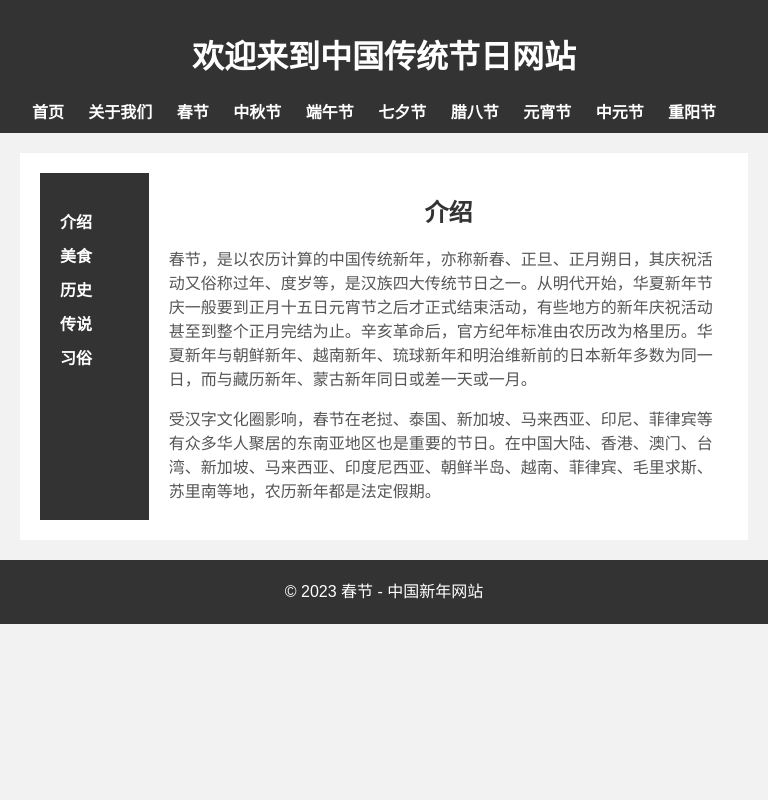
Repository: XueJie1/computer-operation-basics
Page: pages/springfes/springfestival.html
The author's editor kept a copy of each file at every save. The page is drawn from the files as they stood at one save, then again after the next save.
The browser window is 768 px wide. The pictures show the whole page.

Above is the page before, as saved 2023-09-12 22:31:37.

### pages/springfes/springfestival.html
<!DOCTYPE html>
<html lang="zh-CN">

<head>
    <meta charset="UTF-8">
    <meta name="viewport" content="width=device-width, initial-scale=1.0">
    <title>春节 - 中国新年</title>
    <link rel="stylesheet" type="text/css" href="../../css/styles.css" />
    <script src="../../js/jquery.js"></script>
    <script src="../../js/main.js"></script>
</head>

<body>
    <div class="header">
        <h1>欢迎来到中国传统节日网站</h1>
        <nav>
            <ul>
                <li><a href="../../index.html">首页</a></li>
                <li><a href="../../about.html">关于我们</a></li>
                <li><a href="#">春节</a></li>
                <li><a href="../midautumn/midautumnfestival.html">中秋节</a></li>
                <li><a href="../dragonboatfes/dragonboatfestival.html">端午节</a></li>
                <li><a href="../qixifes/qixifestival.html">七夕节</a></li>
                <li><a href="../labafes/labafestival.html">腊八节</a></li>
                <li><a href="../lanternfes/lanternfestival.html">元宵节</a></li>
                <li><a href="../hungryghostfes/hungryghostfestival.html">中元节</a></li>
                <li><a href="../doubleninthfes/doubleninthfestival.html">重阳节</a></li>

            </ul>
        </nav>
    </div>
    <main>
        <div class="container">
            <div class="sidebar">
                <!-- 侧边栏 -->
                <ul>
                    <li><a href="#introduction">介绍</a></li>
                    <li><a href="#cuisine">美食</a></li>
                    <li><a href="#history">历史</a></li>
                    <li><a href="#legend">传说</a></li>
                    <li><a href="#customs">习俗</a></li>
                </ul>
            </div>

            <!-- 介绍 -->
            <section id="introduction">
                <div id="introduction"></div>
            </section>

            <!-- 美食 -->
            <section id="cuisine" style="display: none;">
                <div id="cuisine"></div>
            </section>

            <!-- 历史 -->
            <section id="history" style="display: none;">
                <div id="history"></div>
            </section>

            <!-- 传说 -->
            <section id="legend" style="display: none;">
                <div id="legend"></div>
            </section>

            <!-- 习俗 -->
            <section id="customs" style="display: none;">
                <div id="customs"></div>
            </section>
    </main>
    </div>

    <div class="footer">
        <p>&copy; 2023 春节 - 中国新年网站</p>
    </div>

    <script>
        $("#introduction").load("introduction.html");
        $("#cuisine").load("cuisine.html");
        $("#history").load("history.html");
        $("#legend").load("legend.html");
        $("#customs").load("customs.html");
    </script>

</body>

</html>

### css/styles.css

body {
    font-family: Arial, sans-serif;
    margin: 0;
    padding: 0;
    background-color: #f2f2f2;
}

header , .header{
    background-color: #333;
    color: #fff;
    padding: 10px 0;
}


.header h1, header h1{
    text-align: center;
    text-decoration: none;
    color: #fff;
}

.banner {
    text-align: center;
    width: 100%;
    height: auto;
}

nav ul {
    list-style-type: none;
    margin: 0;
    padding: 0;
    text-align: center;
}

nav ul li {
    display: inline;
    margin-right: 20px;
}

nav ul li a {
    text-decoration: none;
    color: #fff;
    font-weight: bold;
    font-size: 16px;
}

nav ul li a:hover {
    color: #ff9900; /* 鼠标悬停时的颜色 */
}

main {
    margin: 20px 20px 20px 20px;
}

footer p , .footer p{
    color: #fff;
    text-align: center;
    background-color: #333;
    padding-top: 20px;
    padding-bottom: 20px;
}

/* 为网页容器设置样式 */
.container {
    display: flex;
}

/* 侧边栏样式 */
.sidebar {
    flex: 0 0 10%; /* 侧边栏占据25%的宽度 */
    background-color: #333;
    color: #fff;
    padding: 20px;
}

.sidebar ul {
    list-style-type: none;
    padding: 0;
}

.sidebar ul li {
    margin-bottom: 10px;
}

.sidebar ul li a {
    text-decoration: none;
    color: #fff;
    font-weight: bold;
    font-size: 16px;
}

/* 主内容区域样式 */
main {
    flex: 0 0 75%; /* 主内容区域占据75%的宽度 */
    background-color: #fff;
    padding: 20px;
}

/* 标题样式 */
/* h1 {
    font-size: 28px;
    color: #333;
    margin-top: 0;
} */

h2 {
    text-align: center;
    font-size: 24px;
    color: #333;
}

h3 {
    text-align: center;
}

/* 正文样式 */
p {
    font-size: 16px;
    line-height: 1.5;
    color: #555;
}

section {
    margin-left: 20px;
}

.img {
    text-align: center;
}

.img img {
    width: 350px;
    height: auto;
}

main li {
    color: #555;
}

div.gallery {
  margin: 5px;
  border: 1px solid #ccc;
  float: left;
  width: 180px;
}

div.gallery:hover {
  border: 1px solid #777;
}

div.gallery img {
  width: 100%;
  height: auto;
}

div.desc {
  padding: 15px;
  text-align: center;
}

### js/main.js

    $(document).ready(function () {
        // 为侧边栏链接绑定点击事件
        $('.sidebar a').on('click', function (e) {
            e.preventDefault(); // 阻止默认链接行为

            // 获取点击链接的href属性值
            var target = $(this).attr('href');

            // 隐藏所有的section
            $('main section').hide();

            // 显示目标section
            $(target).show();
        });
    });

### pages/springfes/introduction.html
<h2>介绍</h2>
<p>春节，是以农历计算的中国传统新年，亦称新春、正旦、正月朔日，其庆祝活动又俗称过年、度岁等，是汉族四大传统节日之一。从明代开始，华夏新年节庆一般要到正月十五日元宵节之后才正式结束活动，有些地方的新年庆祝活动甚至到整个正月完结为止。辛亥革命后，官方纪年标准由农历改为格里历。华夏新年与朝鲜新年、越南新年、琉球新年和明治维新前的日本新年多数为同一日，而与藏历新年、蒙古新年同日或差一天或一月。
</p>
<p>受汉字文化圈影响，春节在老挝、泰国、新加坡、马来西亚、印尼、菲律宾等有众多华人聚居的东南亚地区也是重要的节日。在中国大陆、香港、澳门、台湾、新加坡、马来西亚、印度尼西亚、朝鲜半岛、越南、菲律宾、毛里求斯、苏里南等地，农历新年都是法定假期。
</p>

### pages/springfes/cuisine.html
<h2>美食</h2>
<h3 id="jiaozi">饺子</h3>
<div class="img">
    <img src="../../img/jiaozi.jpg">
</div>
<p>正月初一吃饺子，在我国北方，几乎家家如此。这一顿饺子与一年中的其他饺子不一样。这顿饺子要求除夕晚上包好，半夜十二点开始吃。吃饺子就是为了取“更岁交子”的意思。</p>
<p>这个风俗开始于明朝初年，原来“交子”的谐音便演变为“饺子”。初一破晓，北方人家家户户吃饺子，为了讨吉利，北方人往往把硬币、糖、花生仁、枣子和栗子等和肉馅一起包进新年的饺子里。吃到硬币的人，象征新年发财;吃到糖的人表示来年日子更甜美;吃到花生仁的象征健康长寿等。
</p>
<h3 id="niangao">年糕</h3>
<div class="img">
    <img src="../../img/niangao.jpg">
</div>
<p>春节吃什么传统食品，其实最主要的还是一些寓意吉祥的，比如年糕。全国各地几乎都用江米面和黍子黏面做成黏糕(也叫年糕)，寓意“年年高”。春节吃的食物大部分是节前准备好的，北方人大多吃馒头。南方是头几天淘米，名叫万年粮米，意思是年年有余粮。年糕也是汉族过新年的必备食物。做年糕的谷物有多种，各地作法不尽相同。其中以江南的水磨黏糕最为着名。北方则吃白糕或黄米黏糕，西南少数民族习惯吃糯米粑粑。
</p>
<h3 id="yuanxiao">元宵</h3>
<div class="img">
    <img src="../../img/yuanxiao.jpg">
</div>
<p>南方叫做“汤圆”，在江苏，上海等地，大年初一早晨都有吃汤圆的习俗。元宵节，道教称之为“上元节”。据元代伊土珍《(女郎)环环记》引《三余帖》记：嫦娥奔月后，羿思念成疾。正月十四日夜忽有童子求见，自称为嫦娥之使，说：“夫人知君怀思，无从得降，明日乃月圆之候，君宜用米粉作丸，团团如月，置室西北方，叫夫人之名，三夕可降而。”羿如法而行，嫦娥果然降临。
</p>
<p>可见元宵节吃元宵，是取“团团如月”的吉祥之意。明代时，元宵在北京已很常见，做法也与今天无异。清代康熙年间朝野盛行“八宝元宵”、马思远元宵。民国初年还有袁世凯因元宵与“袁消”音同，故下令禁喊元宵之事。</p>
<p>元宵用面除江米面外，还有粘高梁面、黄米面等。馅则有桂花白糖、山渣白糖、什锦、豆沙、枣泥等。形制上，或大若核桃，也有小如黄豆的“百子汤元”，还有实心圆子和薄皮的“碌皮汤园”。</p>
<h3 id="spring-pancake">春饼</h3>
<div class="img">
    <img src="../../img/chunbing.jpg">
</div>
<p>春节吃什么传统食物?立春吃春饼是中国一种古老风俗。晋代已有“五芋盘”即“春盘”，是将春饼与菜同置一盘之内。唐宋时立春吃春饼之风渐盛，皇帝并以之赐近臣百官，当时的春盘极为讲究：“翠缕红丝，金鸡玉燕，备极精巧，每盘直万钱”。
</p>
<p>民间也用以互相馈赠。吃春饼的食俗也影响了兄弟民族。如耶律楚律随成吉思汗征西域时就曾命厨师作春盘，并作诗日：“昨朝春日偶然忘，试作春盘我一尝。本案初开银线乱，砂瓶煮熟藕丝长。匀和豌豆揉葱白，细剪萎蒿点韭黄。也与何曾同是饱，区区何必待膏梁”。
</p>
<p>春饼发展到今天，形制随地而异，食用时间也因地而别。有烙制、也有蒸制;或大如团扇，或小如荷甲。</p>
<h3 id="long-life-noodles">长面</h3>
<div class="img">
    <img src="../../img/long_life_noodles.jpg">
</div>

<p>说到春节吃什么传统食品，长面也是其中一种。长面也叫长寿面，新年吃它，预祝寿长百年。古代的一切面食都叫做饼，所以汤面起初也叫汤饼，开始的面片不是擀成或压成的，而是将和好的面，用手往锅里撕片片，和现在北方吃的“乌鸦头”、“猴耳子”等的做法差不多。到唐代以后开始用
    案板擀面，才逐渐有了长面、短 面、干面、素面、荤面、挂面……</p>
<h3 id="wonton">馄饨</h3>
<div class="img">
    <img src="../../img/wonton.jpg">
</div>

<p>新年吃馄饨取其开初之意。传说盘古氏开天劈地，使“气之轻清上浮者为天，气之重浊下凝者为地”，结束了混沌状态，才有了宇宙四方。再则取“馄饨”与“浑囤”的谐音，意思是粮食满囤。</p>
<p>春节吃什么传统食物，小编已经为你一一介绍了。其实，我国地域广阔，各个地方的习俗都不一样。下面，小编为你介绍各地的除夕家宴菜肴。</p>

### pages/springfes/history.html
<h2>历史</h2>
<h3>唐朝以前</h3>
<p>殷商：部分人认为新春起源于殷商时期祭天、祭祖活动。</p>
<p>西周：新春期间开始有农业庆祝活动。</p>
<p>汉朝：形成正式新春礼仪，并开始有爆竹（烧竹子）。</p>
<p>魏晋：开始有鞭炮和守岁习俗。</p>
<h3>唐朝</h3>
<p>唐朝，新春时分一般共放七日假。《假宁令》这样写道：</p>
<p>“ 元正、冬至，各给假七日。 ”</p>
<p> 但也有例外：私塾先生和学生的假期长达一个月，农民可能大年初一仍然需要劳动。唐德宗李括时，曾经实行过“单号上朝，双号休假”的制度。此外，对许多普通百姓而言，没固定的假日——新年到了，假日就到了。</p>

<p>在除夕守岁结束后的元正之日，唐朝人会举行“大朝会”、“大陈设”和“大赦令”。在大朝会中，皇帝头戴垂着十二串白珠的衮冕，在皇宫正殿面见5000名百官、前来通报各地情况的朝集使以及各国的使者们。大朝会更像是一种礼仪活动而非政事会议。大赦令就是对犯人既往不咎。大陈设时，许多象征着国家最高级别的礼器都被端出来以彰显大唐的国体，皇帝、朝廷官员、各地的朝集使和皇室宗亲身着端庄正式的服装，下官需按等级次序进行的向皇帝拜贺：首先皇太子、三公（司徒、司空与太尉）要率先道贺；接下来中书令需将各个地方的贺表宣读；门下省的黄门侍郎随后上奏各地的祥瑞情况；然后户部尚书上奏各州的进贡物品名单，礼部尚书上奏邻国的进贡情况，太史局的太史令汇报天象；最后门下省的长官侍中宣布仪式结束。中书令带领中书门下两省的中高级官员一起上前向皇帝拜贺。
</p>
<p>五代：后蜀：开始有春联。后蜀题写的“新年纳馀庆，佳节号长春”是最早一副春联。</p>
<h3>宋至清</h3>
<div class="img">
    <img src="../../img/qing-dynasty.jpg">
</div>
<p>宋朝人开始使用火药制成的鞭炮。北宋除了宋太祖时期制度未定外，自宋太宗即位到宋真宗退位，官员元日均给七日长假。包拯上书仁宗，建议缩短为五日，故宋仁宗与宋神宗时新年假期五日。因朝臣不满，宋徽宗后又恢复到七日。南宋建国初期颠沛流离，官员没有年假。自绍兴和议后的第二年到南宋灭亡，官员每年春节假期大致上都是五日。宋朝私塾学生一年放寒假一个月，从腊月初八（腊八节）放到正月初八结束。乡下学生多放春假、秋假各一个月回家帮忙农事。每逢春社、秋社、端午、中秋、重阳、冬至，私塾大多也会放一日假。太学只在寒食、冬至、新年各放3日假，每年9日假；但学生往往随父亲赴外地就职，一请假就好几个月，直到年终才回校大考，考试合格即可当官。宋宁宗时，一般劳工（应役丁夫）元日、寒食、冬至、腊日各放假三日。
</p>
<p>宋朝冬至主食为“馄饨”（类似今日的饺子）。年夜饭主食为“馎饦”（手擀面羹）、春盘。春盘亦为立春主食。</p>
<p>元朝汉人受蒙古影响，叫新年作“白节”，放假三日。</p>
<h3>民国时期</h3>
<p>辛亥革命后，民国改用公历。新文化运动兴起后，北洋政府亦提倡破旧立新，提倡废除“旧历”，改用公历来庆祝新年。袁世凯将元旦定义为西历1月1日，将春节定义为农历正月初一。国民政府于抗日战争前曾试图废除阴历新年，将过年习俗改为西历新年进行，但不被当时国人接受，尔后停止相关法令。
</p>
<h3>中华人民共和国</h3>
<p>随着新中国的建立，春节庆祝活动更为丰富多彩。不仅保留了过去民间习俗，剔除了一些带有封建迷信的活动，而且增加了不少新的内容。使春节具有新的时代气息。1949年12月23日，中华人民共和国人民政府规定每年春节放假三天。</p>

### pages/springfes/legend.html
<h2>传说</h2>
<h3>年兽</h3>
<div class="img">
    <img src="../../img/xi.jpg">
</div>
<p>民间传说，往往春节期间，冬天野外会出来一种叫年的野兽，也叫“夕”。年兽一年出没一次，这一日叫“过年”（年来了），过年这一夜叫“除夕”（除掉夕）。年兽“夕”十分凶残，半夜走家串户吃人，炎黄先祖为了躲避年，那举家团圆在一起，围坐在一起抵抗年兽。由于年兽每年出没一次，炎黄先祖在于其无数次斗争中，摸索出了斗争诀窍，年兽虽猛，但惧怕红色、火光和巨响。因此，家家户户在门口贴上红春联，在家门口燃起篝火，放爆竹，年兽看见人家门上贴着红对联，门口有红火燃起，爆竹霹雳乱响，还会和长辈拜年，就赶走了年兽。
</p>
<p>也有一种说法是，该猛兽是“夕”而非“年”。春节是除夕而后过年。“夕”是一种幽幽的怪物，而“年”从字义上也和动物猛兽无关，更像是丰收成熟的意思。古文中也无年兽的记录，而仅仅始于民国时期的说法。 </p>

### pages/springfes/customs.html
<h2>习俗</h2>
<h3>新春扫尘</h3>
<div class="img">
    <img src="../../img/cleaning.jpg">
</div>
<p>据《吕氏春秋》记载，早在尧舜时代，我国就已经有春节扫尘的习俗。因为“尘”与“陈”谐音，所以新春扫尘就赋予了新的含义，有“除陈布新”的意思，希望把一切穷运、晦气统统扫地出门。</p>
<h3>贴对联、福字、门神</h3>
<div class="img">
    <img src="../../img/chunlian.jpg">
</div>
<p>春节前一天的下午，小孩子们会踩着凳子，拿着糨糊和刷子，往门上贴对联，然后让下面的大人看看贴的是否端正。有的还横批，贴于门楣的横头上，对联贴在门的左右两边。还有的在屋门、墙壁、门楣上贴福字，寄托人们对幸福生活的向往。还有人会把绘有门神的画帖贴在门板上，祈求一年平安无事，增添节日喜乐气氛。
</p>
<h3>祭祖、祭神</h3>
<div class="img">
    <img src="../../img/ancestor.jpg">
</div>
<p>春节祭神，是一种遍及我国东西南北的习俗。全国各地祭神习俗大同小异，但目的基本相同，都是为了祈求来年风调雨顺，五谷丰登、大吉大利等等。</p>
<p>祭祖一般情况下都是在祭神之后，各地风俗也不尽相同，在我们老家都是每天中午吃饭之前，各家各户派个代表，端上食物、供品去祠堂祭奠先祖，一直延续到正月十五，祠堂才会关门。</p>
<h3>吃水饺、吃汤圆、吃年糕</h3>
<p>北方大部分地区，春节都有早晨吃水饺的习俗，还经常在水饺里面放一枚硬币，谁要是吃到硬币，大家就说他是全家当年最有福的人。在江苏淮安，早上有吃汤团的习俗，河南开封一带，春节这天既吃饺子又吃汤圆。春节期间还有吃年糕的习惯，年糕口味因地而异。
</p>
<h3>守岁、给压岁钱</h3>
<div class="img">
    <img src="../../img/stay_up_late.jpg">
</div>

<p>除夕守岁，也是最重要的春节活动之一，邻居朋友聚在一起，或者一家人在一起，有的打牌，有的看春节晚会，大家终日不眠，一起等待天明，迎接新年的到来。</p>
<p>压岁钱是小孩子和晚辈最喜欢的习俗。除夕吃过年夜饭后，长辈会向晚辈分别赠送钱币，并用红线穿编铜钱成串，挂在小孩胸前，说是能够压邪驱鬼。这个习俗自汉朝开始就已经流行，当然，现在已经没有铜钱了，一般都是拿个红包装现金了。</p>
<h3>燃放炮竹</h3>
<div class="img">
    <img src="../../img/fireworks.jpg">
</div>
<p>新春来临之际，家家户户开门第一件事，就是燃放爆竹，以噼里啪啦的爆竹声辞旧迎新，以示吉庆。当然，现在很多地方都禁止燃放爆竹了，还是应该遵守国家规定，以安全为主。</p>
<h3>拜年</h3>
<p>拜年是春节最重要的活动和习俗之一。大年初一的早上，大人小孩都穿上新衣、戴上新帽，走亲访友，相互拜年问好，恭祝新年大吉大利。拜年一般是从自家开始，小辈给长辈拜完年后，人们在外出相遇时，再笑容满面地互相恭贺新年。</p>
<h3>逛庙会</h3>
<div class="img">
    <img src="../../img/temple-fair.jpg">
</div>
<p>春节期间，一般在农村里都会有庙会。早期的庙会，仅仅是一种隆重的祭祀活动，但随着经济的发展和人们的需要，庙会在保持祭祀活动的同时，又逐渐增加了集市交易活动，还有一些丰富多彩的娱乐活动。</p>
<h3>舞龙、舞狮</h3>
<div class="img">
    <img src="../../img/dragon-dancing.jpg">
</div>
<p>龙是传说中的吉祥动物，据说能够在天上呼风唤雨，也能为人间祈福消灾。早在汉代时期，就有舞龙求雨的活动。除了舞龙，还有舞狮子，也是春节期间比较普遍的习俗，在我们北方，也叫耍狮子，小时候经常见，现在也少了。</p>
<h3>踩高跷</h3>
<div class="img">
    <img src="../../img/on-stilts.jpg">
</div>
<p>踩高跷，也是春节期间的一项娱乐活动，历史悠久，在《列子.说符篇》就有记载：“宋有兰子者……以双肢长倍其身，属其胫，并驱并驰。”踩高跷也叫“扎高脚”、“踏高跷”，表演的人在两只脚上绑上两三尺高的木质跷棍，表演各种古怪滑稽的动作，小时候基本村村都有这项活动，后来就越来越少了。
</p>

Loaded but not shown: js/jquery.js (library)

After the next save:
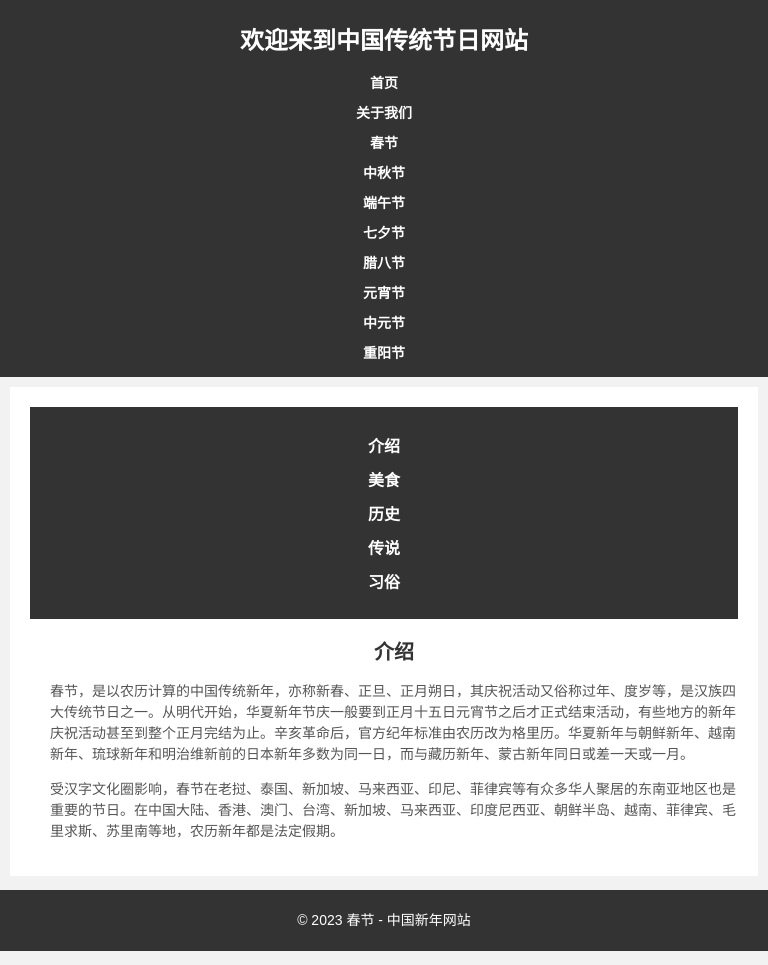
Saved 2 min 51 s later.
--- a/css/styles.css
+++ b/css/styles.css
@@ -157,3 +157,60 @@ div.desc {
   padding: 15px;
   text-align: center;
 }
+
+/* 默认样式适用于大屏幕和桌面设备 */
+
+/* 移动设备样式 */
+@media (max-width: 768px) {
+    header, .header {
+        padding: 5px 0; /* 调整顶部导航的内边距 */
+    }
+
+    .header h1, header h1 {
+        font-size: 24px; /* 调整标题的字体大小 */
+    }
+
+    nav ul {
+        text-align: center;
+    }
+
+    nav ul li {
+        display: block; /* 将导航项转换为块级元素，垂直排列 */
+        margin: 10px 0; /* 调整导航项之间的垂直间距 */
+    }
+
+    nav ul li a {
+        font-size: 14px; /* 调整导航链接的字体大小 */
+    }
+
+    .container {
+        flex-direction: column; /* 垂直排列容器内的元素 */
+    }
+
+    .sidebar {
+        flex: 1; /* 侧边栏占满可用宽度 */
+        padding: 10px; /* 调整侧边栏的内边距 */
+        text-align: center; /* 文本居中对齐 */
+    }
+
+    main {
+        flex: 1; /* 主内容区域占满可用宽度 */
+        margin: 10px; /* 调整主内容区域的外边距 */
+    }
+
+    h2 {
+        font-size: 20px; /* 调整标题的字体大小 */
+    }
+
+    p {
+        font-size: 14px; /* 调整正文文本的字体大小 */
+    }
+
+    .img img {
+        width: 100%; /* 图片宽度占满容器 */
+    }
+
+    div.gallery {
+        width: 100%; /* 图片占满容器宽度 */
+    }
+}
